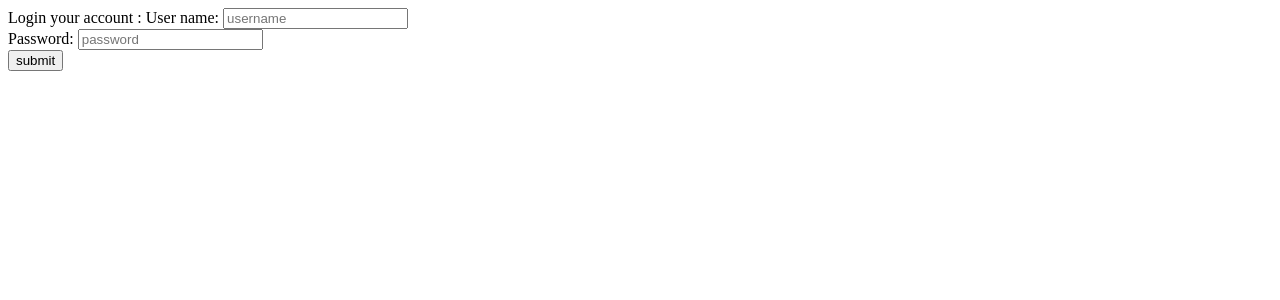
Repository: ApoorvaMishra4/Bootcamp
Page: http://localhost/Login/
The author's editor kept a copy of each file at every save. The page is drawn from the files as they stood at one save, then again after the next save.
The browser window is 1280 px wide. The pictures show the whole page.
The page is served by Tomcat 9. Other server files are loaded and not shown.

Above is the page before, as saved 2018-08-09 04:08:18.

### Login/src/main/webapp/index.jsp
<html>
<head>
</head>
<body>
<form action ="#">
Login your account :
<label for="username">User name:</label>
<input type="text" name ="username" placeholder="username">
<br>
<label for="password">Password:</label>
<input type="password" name ="password" placeholder="password">
<br>
<input type="button" value="submit" onclick="location.href='#'">
</form>
</body>
</html>

After the next save:
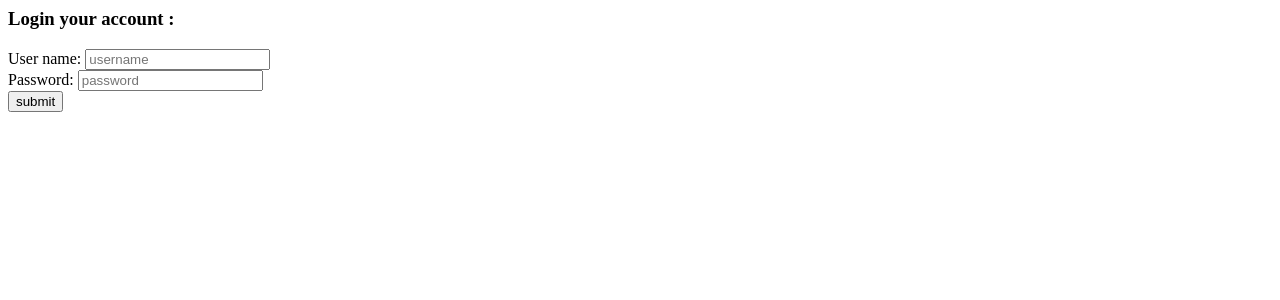
Saved 16 s later.
--- a/Login/src/main/webapp/index.jsp
+++ b/Login/src/main/webapp/index.jsp
@@ -3,7 +3,7 @@
 </head>
 <body>
 <form action ="#">
-Login your account :
+<h3>Login your account :</h3>
 <label for="username">User name:</label>
 <input type="text" name ="username" placeholder="username">
 <br>
